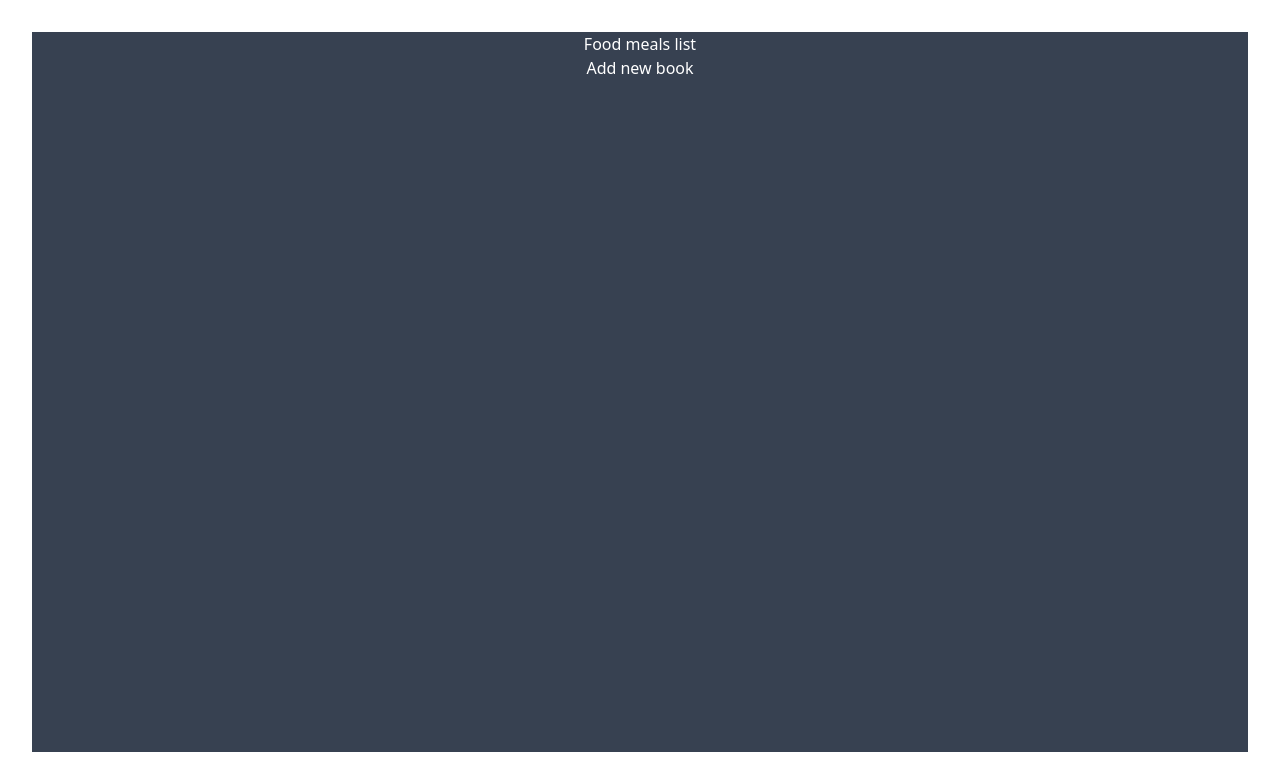
Repository: Vasil1001/fullstack-nutrition-tracker
Page: / (app in frontend/)
These files come from the project's save history. The page is drawn as it stood at one moment and after a run of saves; the edit follows.
The browser window is 1280 px wide. The pictures show the whole page.
The page's requests for data from a server got no answer. The project was rebuilt for these pictures with package versions that can differ from the ones it lists, and the page was loaded fresh each time. No one was signed in, and anything a server would have sent is missing. Also part of the build but not shown: frontend/vite.config.js, frontend/src/pages/Add.jsx, frontend/src/pages/Update.jsx.

Above is the page before, as saved 2023-05-21 16:07:02.

After the next 2 saves:
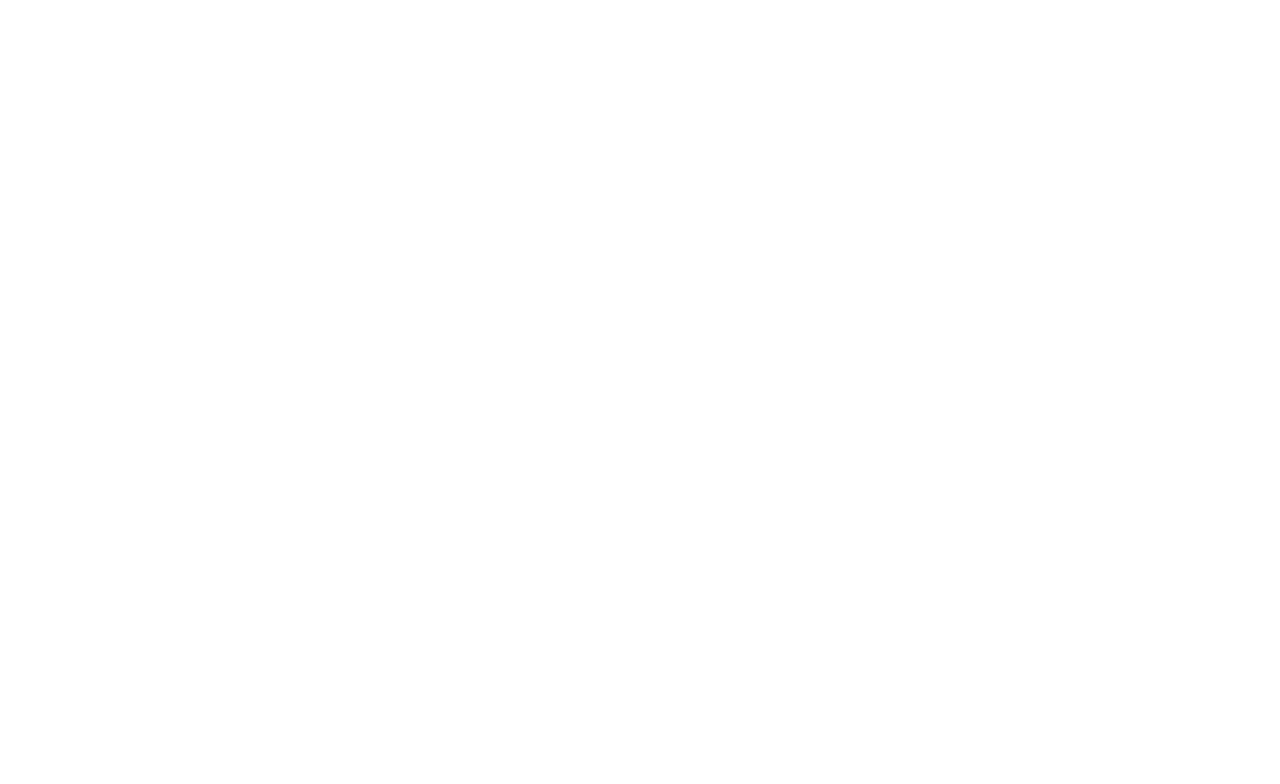
The 2 saves are shown as one change because they came seconds apart.
The last was saved 48 s later.
--- a/frontend/src/App.jsx
+++ b/frontend/src/App.jsx
@@ -10,8 +10,8 @@
 function App() {
 
   return (
-    <div className="bg-gray-700 min-h-screen">
-      <BrowserRouter>
+    <div className="max-w-screen mx-auto flex  min-h-screen flex-col  justify-center  text-center sm:p-7 xl:mx-auto xl:w-10/12 xl:p-0 xl:pt-5 2xl:w-8/12 3xl:w-7/12">
+    <BrowserRouter>
         <Routes>
           <Route path='/' element={<Books />} />
           <Route path='/add' element={<Add />} />

After the 5 saves that followed:
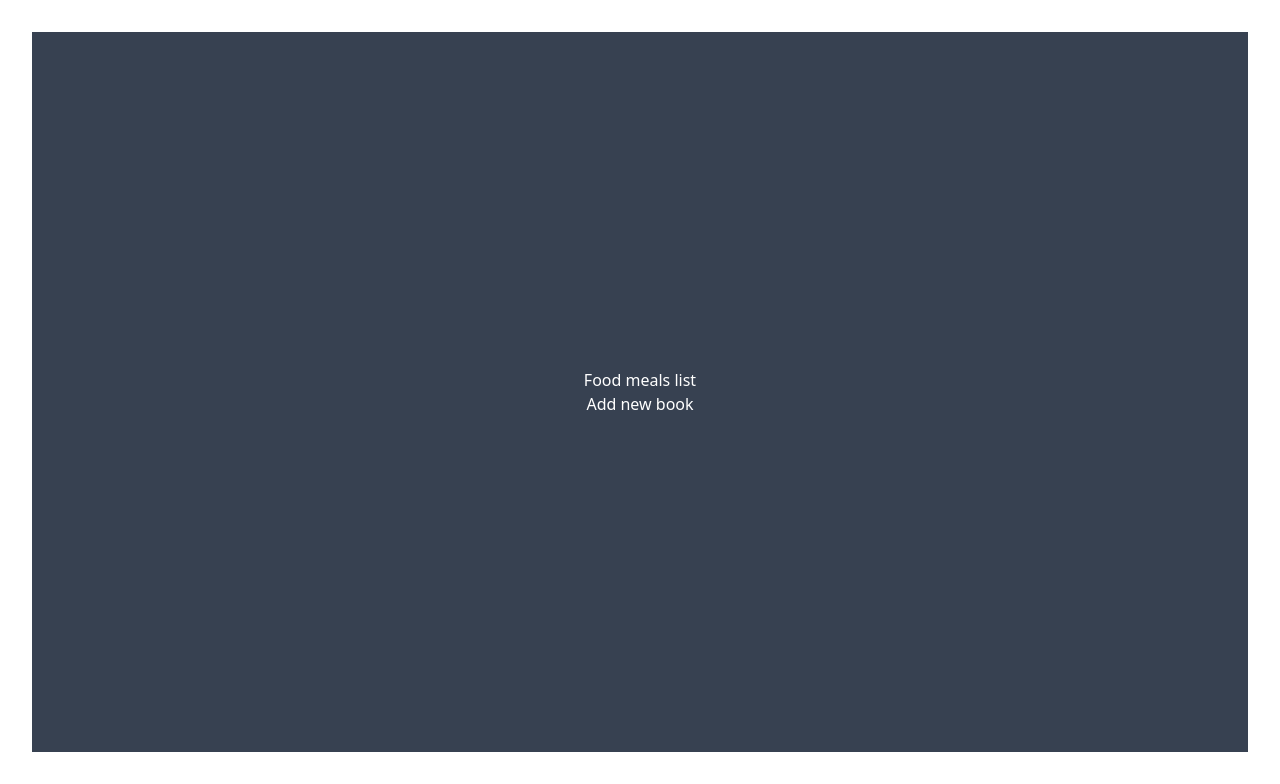
The 5 saves are shown as one change because 2 left the picture as it was and some came seconds apart.
The last was saved 26 s later.
--- a/frontend/src/App.jsx
+++ b/frontend/src/App.jsx
@@ -10,7 +10,7 @@
 function App() {
 
   return (
-    <div className="max-w-screen mx-auto flex  min-h-screen flex-col  justify-center  text-center sm:p-7 xl:mx-auto xl:w-10/12 xl:p-0 xl:pt-5 2xl:w-8/12 3xl:w-7/12">
+    <div className="max-w-screen bg-gray-700 mx-auto flex  min-h-screen flex-col  justify-center  text-centerxl:w-10/12  ">
     <BrowserRouter>
         <Routes>
           <Route path='/' element={<Books />} />
